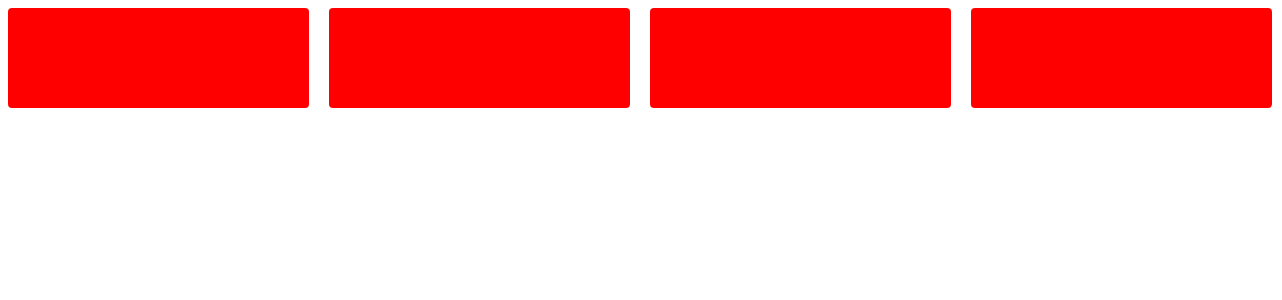
Repository: lagezhou888/element-vue2
Page: /#/button
The author's editor kept a copy of each file at every save. The page is drawn from the files as they stood at one save, then again after the next save.
The browser window is 1280 px wide. The page is 1282 px wide, so the pictures cover 1282 px, including what lies to the right of the window. The pictures show the whole page.
The project was rebuilt for these pictures with package versions that can differ from the ones it lists, and the page was loaded fresh each time. Also part of the build but not shown: src/components/HelloWorld.vue, src/views/Home.vue.

Above is the page before, as saved 2021-05-13 10:37:47.

After the next save:
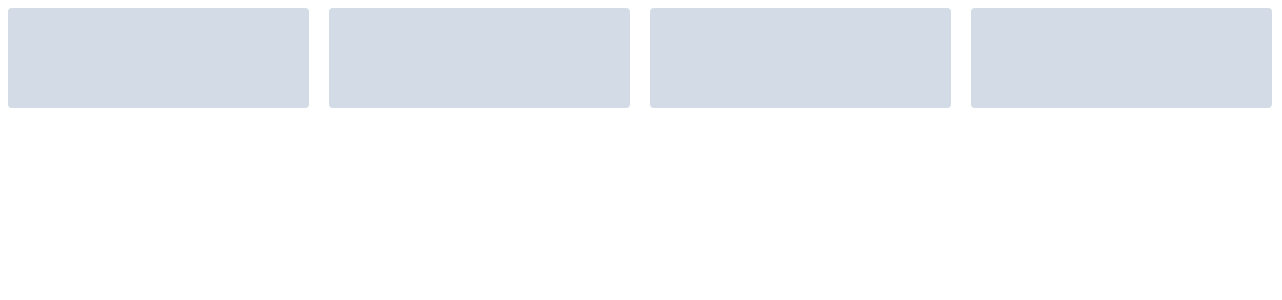
Saved 53 s later.
--- a/src/views/components/use-button.vue
+++ b/src/views/components/use-button.vue
@@ -35,9 +35,9 @@
   .grid-content {
     border-radius: 4px;
     height: @minH;
-    &:last-child {
-      background: red;
-    }
+  }
+  .grid-content .bg-purple:last-child {
+    background: red;
   }
   .row-bg {
     padding: 10px 0;

After the save that followed:
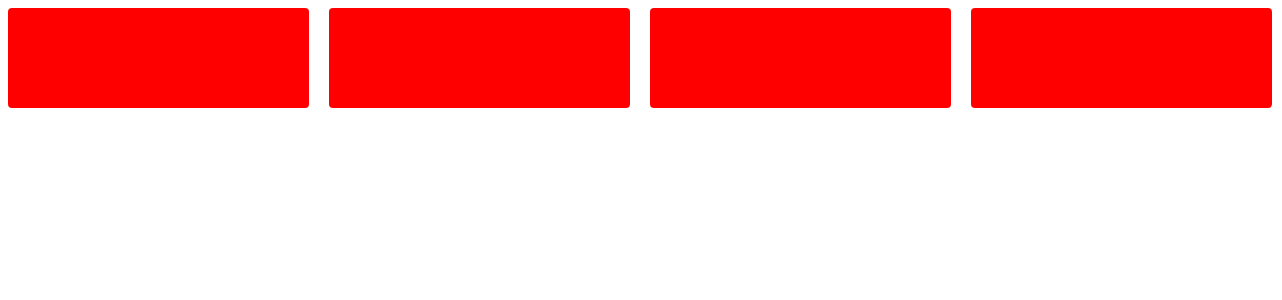
Saved 16 s later.
--- a/src/views/components/use-button.vue
+++ b/src/views/components/use-button.vue
@@ -35,9 +35,9 @@
   .grid-content {
     border-radius: 4px;
     height: @minH;
-  }
-  .grid-content .bg-purple:last-child {
-    background: red;
+    &:last-child {
+      background: red;
+    }
   }
   .row-bg {
     padding: 10px 0;
